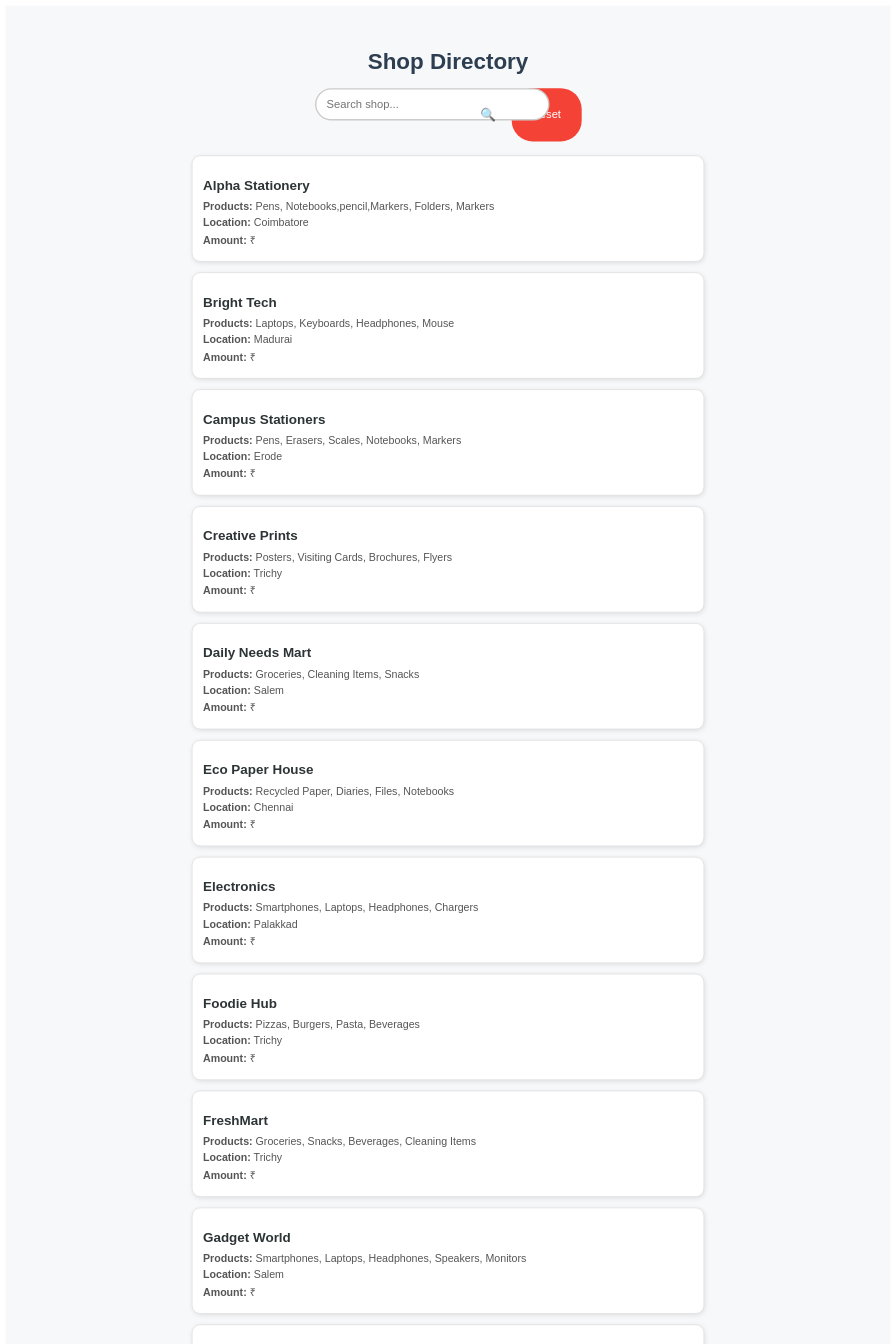
Repository: Pavithra-09git/CarSort
Page: /
These files come from the project's save history. The page is drawn as it stood at one moment and after the next save; the edit follows.
The browser window is 1280 px wide. The pictures show the part of the page from y = 0 to 1920 px (the page is 5263 px tall before and 5230 px after), at 70% of full size.
The project was rebuilt for these pictures with package versions that can differ from the ones it lists, and the page was loaded fresh each time. Also part of the build but not shown: vite.config.js.

Above is the page before, as saved 2025-10-26 12:50:21.

After the next save:
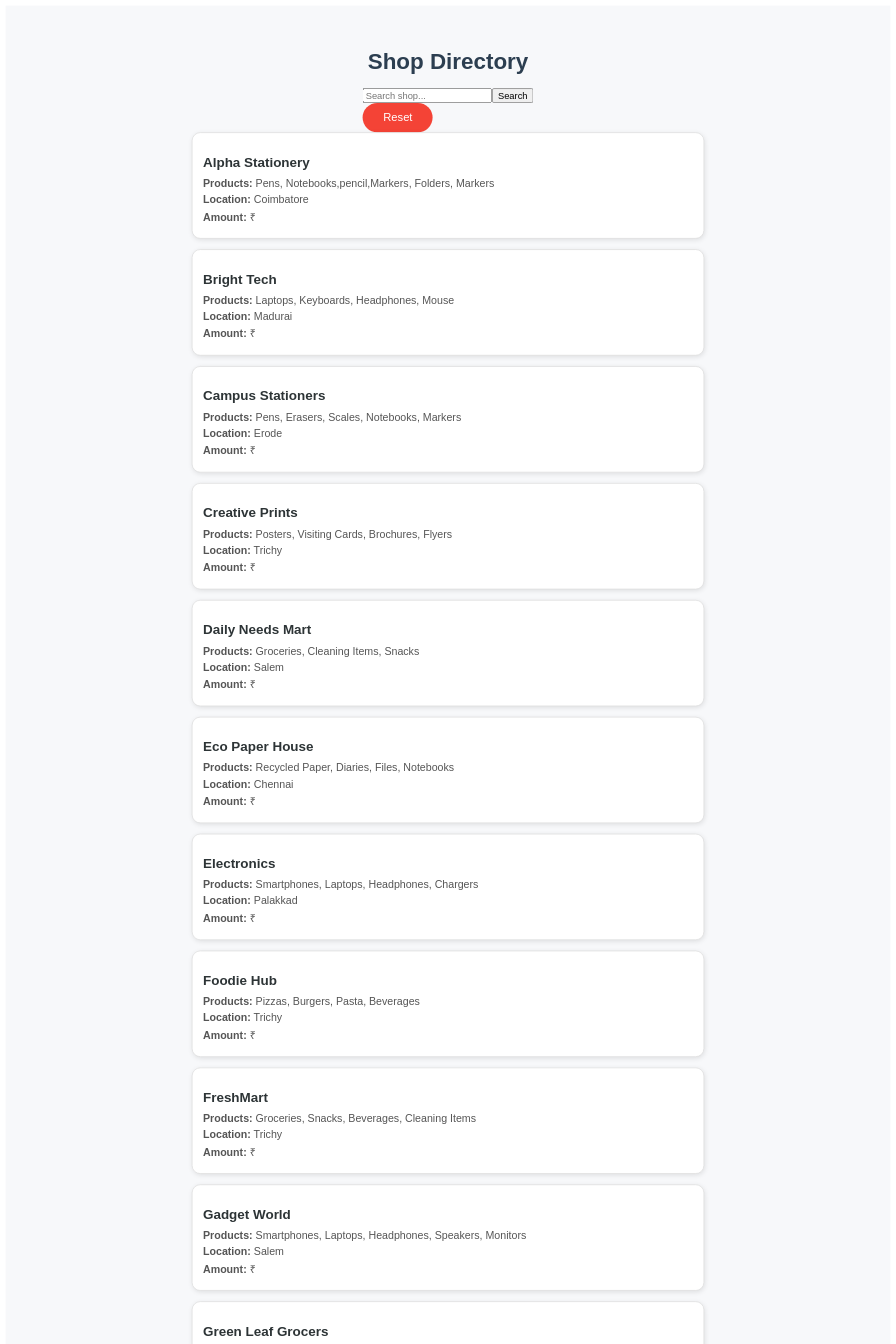
Saved 2 min 49 s later.
--- a/src/App.jsx
+++ b/src/App.jsx
@@ -1,5 +1,5 @@
 import React, { useState } from "react";
-import { shops } from './data';
+import { shops } from "./data";
 import "./App.css";
 
 function App() {
@@ -10,7 +10,8 @@ function App() {
     a.name.trim().toLowerCase().localeCompare(b.name.trim().toLowerCase())
   );
 
-  const handleSearch = () => {
+  const handleSearch = (e) => {
+    e.preventDefault(); // prevent page reload
     if (!search.trim()) {
       setFilteredShops(null);
       return;
@@ -40,20 +41,21 @@ function App() {
     <div className="container">
       <h1>Shop Directory</h1>
 
-     <div className="search-container">
-  <div className="search-box-wrapper">
-    <input
-      type="text"
-      placeholder="Search shop..."
-      value={search}
-      onChange={(e) => setSearch(e.target.value)}
-      className="search-box"
-    />
-    <span className="search-icon" onClick={handleSearch}>🔍</span>
-  </div>
-  <button onClick={handleReset} className="reset-btn">Reset</button>
-</div>
-
+      <form className="search-form" onSubmit={handleSearch}>
+        <div className="youtube-search-box">
+          <input
+            type="text"
+            placeholder="Search shop..."
+            value={search}
+            onChange={(e) => setSearch(e.target.value)}
+            className="search-input"
+          />
+          <button type="submit" className="search-button">Search</button>
+        </div>
+        <button type="button" className="reset-btn" onClick={handleReset}>
+          Reset
+        </button>
+      </form>
 
       <div className="card-column">
         {displayShops.map((shop) => (
